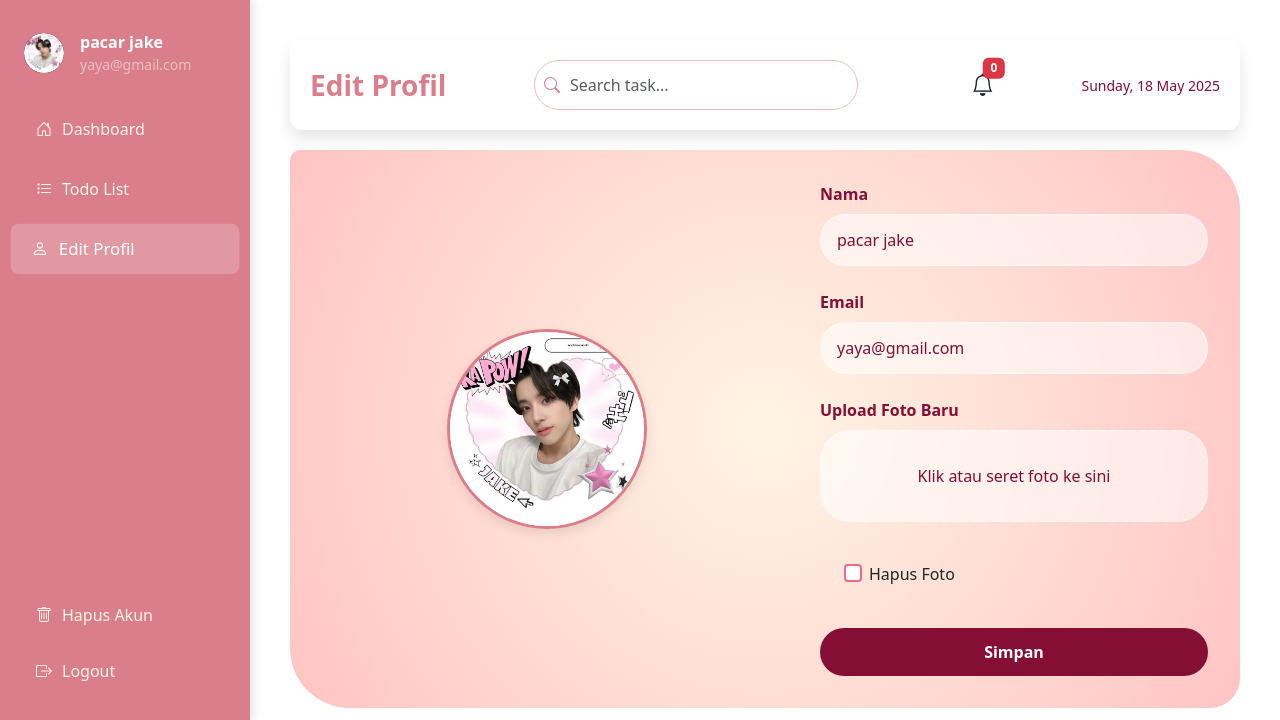
Repository: zhr-nabila/FloTime
Page: http://localhost/profile.php
These files come from the project's save history. The page is drawn as it stood at one moment and after the next save; the edit follows.
The browser window is 1280 px wide. The pictures show the whole page.
The page is run by PHP 8.4 with error messages shown; the project is at /var/www/html/. The session is filled in as if someone had signed in: {"email": "yaya@gmail.com", "status": "login", "user_id": 2}. The database holds what the project's SQL file puts in it.

Above is the page before, as saved 2025-05-18 22:29:54.

After the next save:
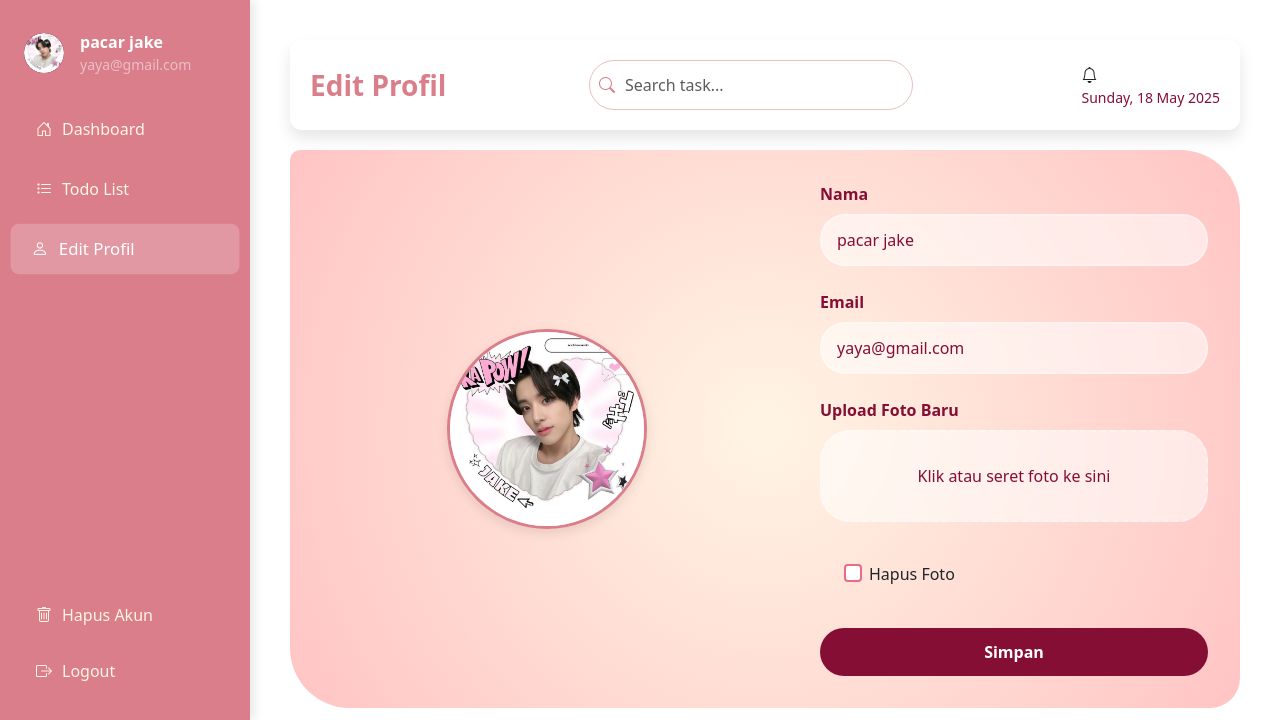
Saved 25 s later.
--- a/includes/topbar.php
+++ b/includes/topbar.php
@@ -7,23 +7,23 @@
         </form>
     </div>
 
-    <div class="notifications dropdown" id="notifWrapper" style="position: relative;">
-    <a href="#" id="notifIcon" class="nav-link position-relative">
-        <i class="bi bi-bell" style="font-size: 1.4rem;"></i>
-        <span id="notifCount" class="badge bg-danger position-absolute top-0 start-100 translate-middle">0</span>
-    </a>
+   <div class="notifications" id="notifWrapper" style="position: relative;">
+    <i class="bi bi-bell" id="notifIcon"></i>
+    <span id="notifCount" class="notif-badge">0</span>
 
-    <div id="notifDropdown" class="dropdown-menu dropdown-menu-end p-2" style="width: 300px;">
-        <h6 class="dropdown-header">Notifikasi</h6>
+    <div id="notifDropdown" class="notif-dropdown">
+        <div class="notif-header">Notifikasi</div>
         <div id="notifList">
             <div class="notif-item">Memuat notifikasi...</div>
         </div>
-        <div class="dropdown-footer text-center mt-2">
+        <div class="notif-footer">
             <a href="#" onclick="markAllRead()">Tandai semua telah dibaca</a>
         </div>
     </div>
+
+    <div class="date"><?= date('l, d F Y') ?></div>
 </div>
-<div class="date"><?= date('l, d F Y') ?></div>
+
 
 </div>
 
